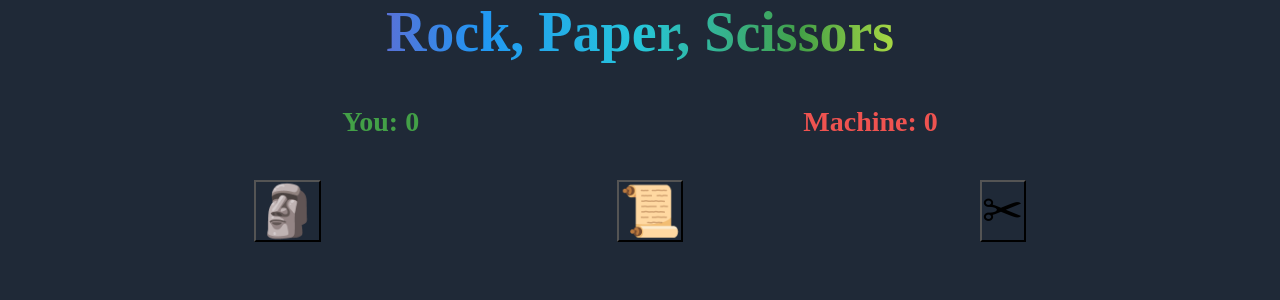
Repository: dung8466/RPS
Page: index.html
The author's editor kept a copy of each file at every save. The page is drawn from the files as they stood at one save, then again after the next save.
The browser window is 1280 px wide. The pictures show the whole page.

Above is the page before, as saved 2022-07-01 21:17:12.

### index.html
<!DOCTYPE html>
<html lang="en">
<head>
    <meta charset="UTF-8">
    <meta http-equiv="X-UA-Compatible" content="IE=edge">
    <meta name="viewport" content="width=device-width, initial-scale=1.0">
    <title>Fun Game</title>
    <link rel="stylesheet" href="style.css">
    <script src="script.js" defer></script>
</head>
<body>
    <h1 class="header">
        Rock, Paper, Scissors
    </h1>
    <div class="result flex-box">
        <div class="player-result">
            You: <span class="result-text" data-player-result>0</span>
        </div>
        <div class="machine-result">
            Machine: <span class="result-text" data-machine-result>0</span>
        </div>
    </div>
    <div class="selections flex-box">
        <button class="selection" data-selection="rock">🗿</button>
        <button class="selection" data-selection="paper">📜</button>
        <button class="selection" data-selection="scissor">✂</button>
    </div>
</body>
</html>

### style.css
*{
    font-family: 'Times New Roman', Times, serif;
    font-size: 14px;
    margin: 0;
    padding: 0;
    background-color: #1f2937;
}

.flex-box{
    display: flex;
    align-items: center;
    justify-content: space-evenly;
    align-content: space-between;
    gap: 3em;
}
.header{
    font-size: 4em;
    font-weight: bold;
    background: linear-gradient(to right, #ef5350, #f48fb1, #7e57c2, #2196f3, #26c6da, #43a047, #eeff41, #f9a825, #ff5722);
    -webkit-background-clip: text;
    -webkit-text-fill-color: transparent;
    text-align: center;
}

.result{
    margin-top: 3em;
    margin-bottom: 3em;
    font-weight: bold;
}
.result div{
    font-size: 2em;
}
.result div span{
    font-size: 1em;
}
.player-result{
    color: #43a047;
}
.machine-result{
    color :#ef5350;
}
.selection{
    font-size: 50px;
}

### script.js
const selection = [
    {
        name: 'rock',
        emoji: '🗿',
        beats: 'scissors',
    },
    {
        name: 'paper',
        emoji: '📜',
        beats: 'rock',
    },
    {
        name: 'scissors',
        emoji: '✂',
        beats: 'paper',
    }
]
const selectionButtons = document.querySelectorAll('[data-selection]')
const finalColumn = document.querySelector('[data-final-column]')
const computerScoreSpan = document.querySelector('[data-machine-score]')
const yourScoreSpan = document.querySelector('[data-player-score]')

selectionButtons.forEach(selectionButton => {
    selectionButton.addEventListener('click', e => {
      const selectionName = selectionButton.dataset.selection
      const selection = SELECTIONS.find(selection => selection.name === selectionName)
      makeSelection(selection)
    })
  })

  function makeSelection(selection) {
    const computerSelection = randomSelection()
    const yourWinner = isWinner(selection, computerSelection)
    const computerWinner = isWinner(computerSelection, selection)

    addSelectionResult(computerSelection, computerWinner)
    addSelectionResult(selection, yourWinner)

    if (yourWinner) incrementScore(yourScoreSpan)
    if (computerWinner) incrementScore(computerScoreSpan)
  }

  function incrementScore(scoreSpan) {
    scoreSpan.innerText = parseInt(scoreSpan.innerText) + 1
  }

  function addSelectionResult(selection, winner) {
    const div = document.createElement('div')
    div.innerText = selection.emoji
    div.classList.add('result-selection')
    if (winner) div.classList.add('winner')
    finalColumn.after(div)
  }

  function isWinner(selection, opponentSelection) {
    return selection.beats === opponentSelection.name
  }

  function randomSelection() {
    const randomIndex = Math.floor(Math.random() * SELECTIONS.length)
    return SELECTIONS[randomIndex]
  }

After the next save:
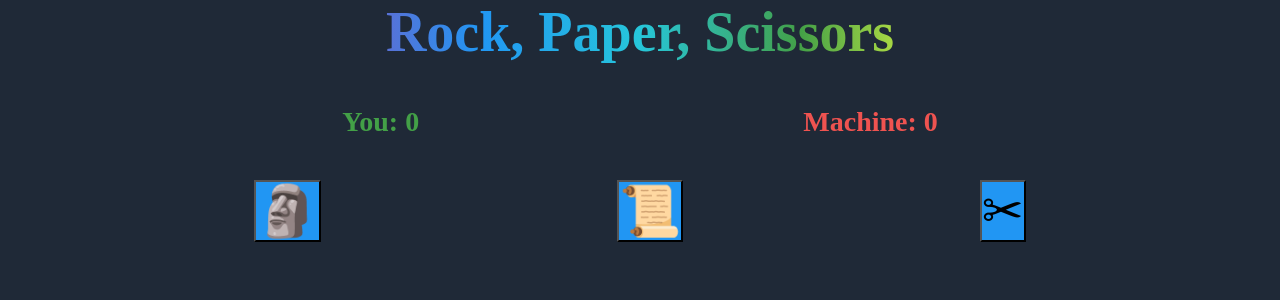
Saved 12 s later.
--- a/style.css
+++ b/style.css
@@ -41,4 +41,5 @@
 }
 .selection{
     font-size: 50px;
+    background-color: #2196f3;
 }
